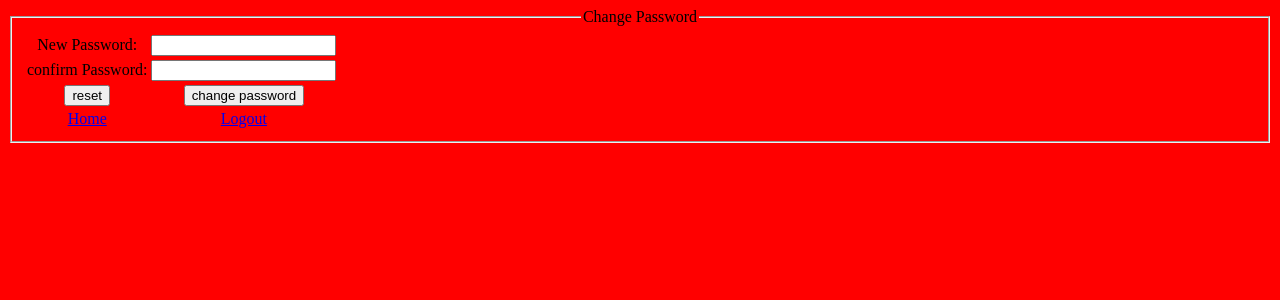
Repository: pawankumarsharm/UST_JDBC_SERVLET
Page: http://localhost/empwebapp/changepassword.jsp
An editor plug-in stored every save of this project. The page is shown before and after the next save, followed by the edit.
The browser window is 1280 px wide. The pictures show the whole page.
The page is served by Tomcat 9.

Above is the page before, as saved 2019-11-18 12:42:33.

After the next save:
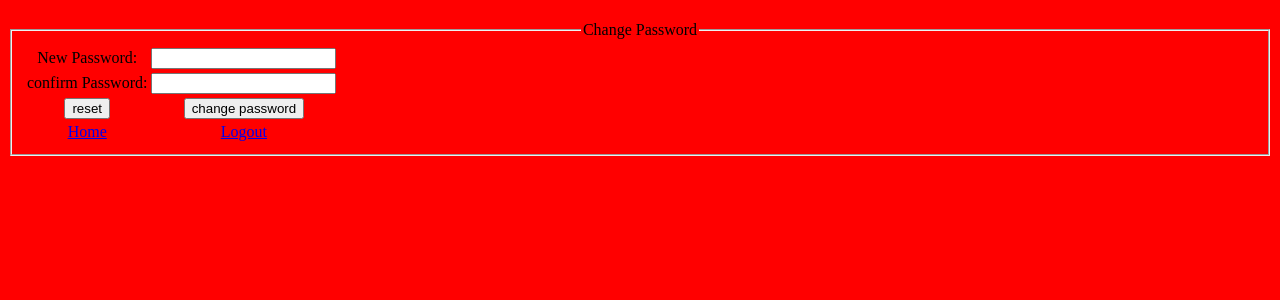
Saved 71 s later.
--- a/jdbc/empwebapp/WebContent/changepassword.jsp
+++ b/jdbc/empwebapp/WebContent/changepassword.jsp
@@ -6,6 +6,7 @@
 </head>
 <jsp:useBean id="msg" class="java.lang.String" scope="request"></jsp:useBean>
 <body bgcolor="red">
+<h4><%=msg %></h4>
 	<fieldset align="center">
 		<legend>Change Password</legend>
 		<form action="./changepassword" method="post">
